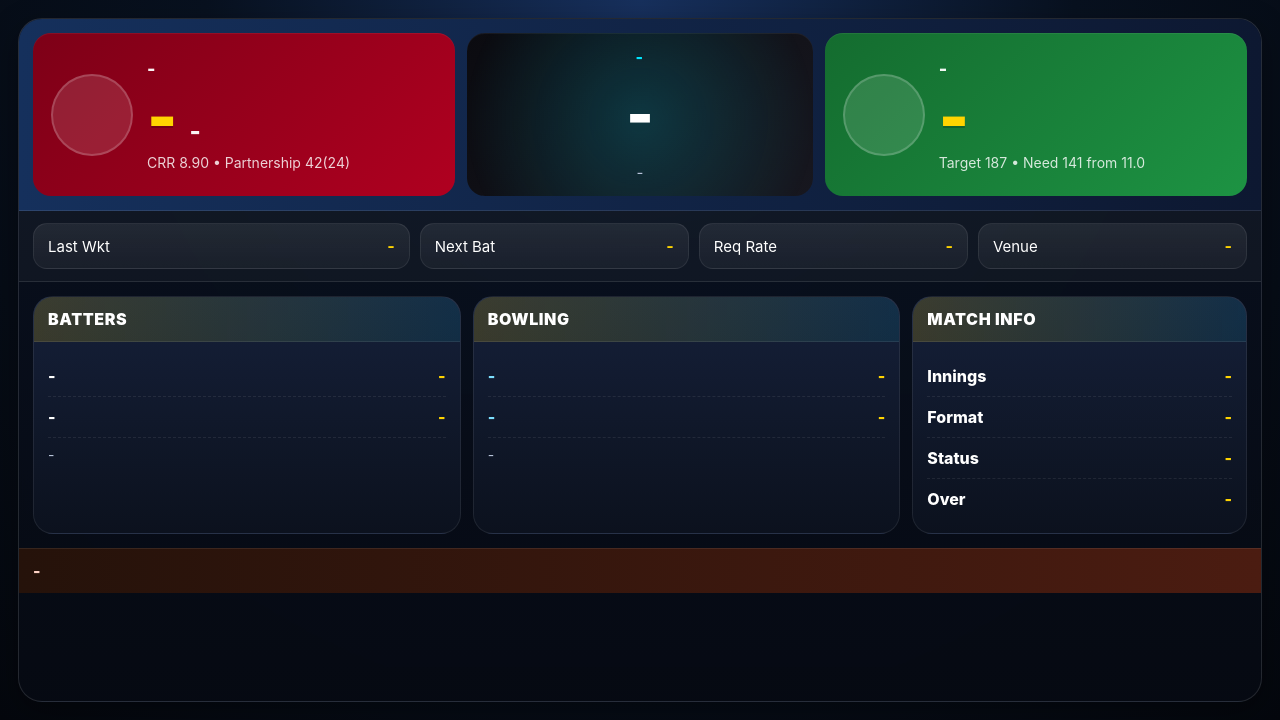
Repository: GauravMG/cricket-scorecard
Page: views/live-score/index.html
An editor plug-in stored every save of this project. The page is shown before and after the next save, followed by the edit.
The browser window is 1280 px wide. The pictures show the whole page.
The page's requests for data from a server got no answer.

Above is the page before, as saved 2026-03-31 14:26:45.

After the next save:
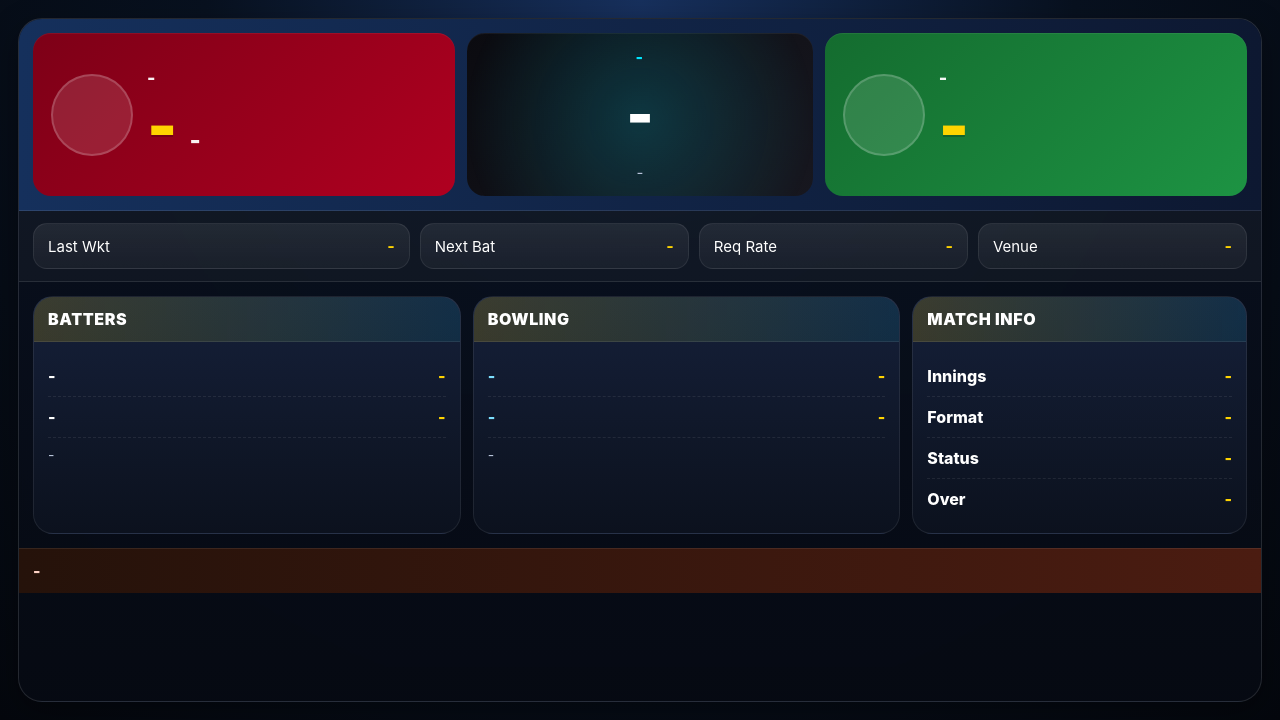
Saved 8 s later.
--- a/views/live-score/index.html
+++ b/views/live-score/index.html
@@ -16,39 +16,39 @@
         <div class="team home">
           <div class="badge" id="badgeA"></div>
           <div class="teaminfo">
-            <div class="teamname" id="teamA">India Captains</div>
+            <div class="teamname" id="teamA"></div>
             <div class="scoreline">
-              <div class="score" id="scoreA">46/1</div>
-              <div class="overs" id="oversA">5.1 OV</div>
+              <div class="score" id="scoreA"></div>
+              <div class="overs" id="oversA"></div>
             </div>
-            <div class="subtitle" id="batA">CRR 8.90 • Partnership 42(24)</div>
+            <div class="subtitle" id="batA"></div>
           </div>
         </div>
 
         <div class="centerbox">
-          <div class="matchtitle" id="matchTitle">CRICKET LIVE</div>
-          <div class="matchstate" id="matchState">0</div>
-          <div class="matchsub" id="matchSub">ICN opt to bat</div>
+          <div class="matchtitle" id="matchTitle"></div>
+          <div class="matchstate" id="matchState"></div>
+          <div class="matchsub" id="matchSub"></div>
         </div>
 
         <div class="team away">
           <div class="badge" id="badgeB"></div>
           <div class="teaminfo">
-            <div class="teamname" id="teamB">Mumbai Spartans</div>
+            <div class="teamname" id="teamB"></div>
             <div class="scoreline">
-              <div class="score" id="scoreB">Bowling</div>
+              <div class="score" id="scoreB"></div>
               <div class="overs" id="oversB"></div>
             </div>
-            <div class="subtitle" id="batB">Target 187 • Need 141 from 11.0</div>
+            <div class="subtitle" id="batB"></div>
           </div>
         </div>
       </div>
 
       <div class="infobar">
-        <div class="chip"><span>Last Wkt</span> <b id="lastWicket">Hashim Amla 1(6)</b></div>
-        <div class="chip"><span>Next Bat</span> <b id="nextBatsman">S Tiwary</b></div>
-        <div class="chip"><span>Req Rate</span> <b id="reqRate">8.90</b></div>
-        <div class="chip"><span>Venue</span> <b id="venue">Stadium</b></div>
+        <div class="chip"><span>Last Wkt</span> <b id="lastWicket"></b></div>
+        <div class="chip"><span>Next Bat</span> <b id="nextBatsman"></b></div>
+        <div class="chip"><span>Req Rate</span> <b id="reqRate"></b></div>
+        <div class="chip"><span>Venue</span> <b id="venue"></b></div>
       </div>
 
       <div class="grid">
